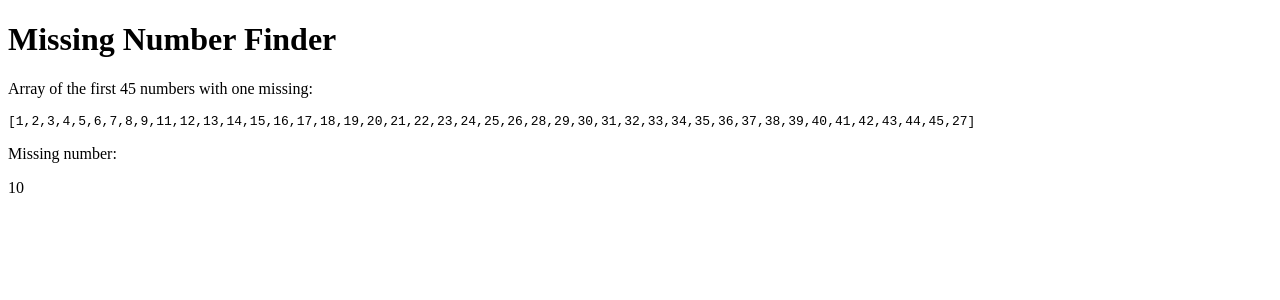
Repository: devblackie/missingNumberFinder
Page: index.html
These files come from the project's save history. The page is drawn as it stood at one moment and after the next save; the edit follows.
The browser window is 1280 px wide. The pictures show the whole page.

Above is the page before, as saved 2023-08-23 14:57:51.

### index.html
<!DOCTYPE html>
<html lang="en">
  <head>
    <meta charset="UTF-8" />
    <meta name="viewport" content="width=device-width, initial-scale=1.0" />
    <title>Missing Integer Finder</title>
  </head>
  <body>
    <h1>Missing Number Finder</h1>

    <p>Array of the first 45 numbers with one missing:</p>
    <pre id="numbers"></pre>

    <p>Missing number:</p>
    <p id="missingNumber"></p>
    <script src="index.js"></script>
  </body>
</html>

### index.js
function findMissingNumber(arr) {
    const n = 45; // Total number of integers
    const totalSum = (n * (n + 1)) / 2; // Sum of the first n integers
    const arraySum = arr.reduce((acc, num) => acc + num, 0); // Sum of elements in the array

    return totalSum - arraySum;
  }

  const numbers = [
    1, 2, 3, 4, 5, 6, 7, 8, 9,  11, 12, 13, 14, 15, 16, 17, 18, 19, 20, 21, 22,
    23, 24, 25, 26, 28, 29, 30, 31, 32, 33, 34, 35, 36, 37, 38, 39, 40, 41,
    42, 43, 44, 45,27,
  ]; // Array of the first 45 numbers with one missing
  const missingNumber = findMissingNumber(numbers);

  document.getElementById("numbers").textContent = JSON.stringify(numbers);
  document.getElementById("missingNumber").textContent = missingNumber;

  console.log("Missing number:", missingNumber);

After the next save:
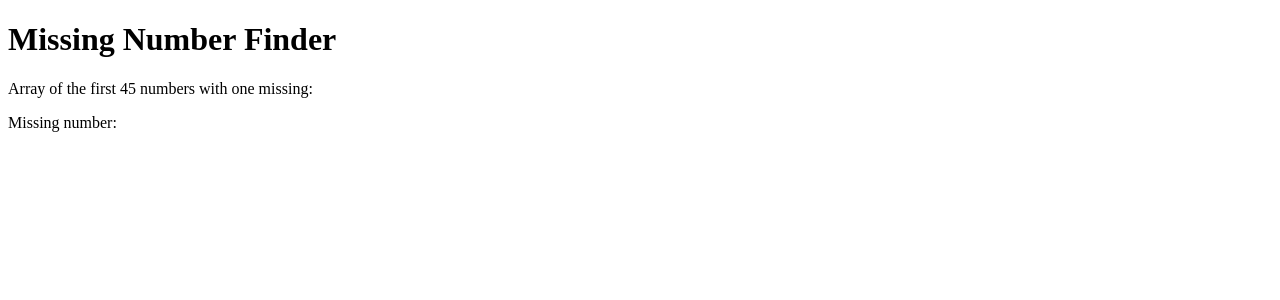
Console error: TypeError: Cannot set properties of null (setting 'textContent')
Saved 23 s later.
--- a/index.html
+++ b/index.html
@@ -9,7 +9,7 @@
     <h1>Missing Number Finder</h1>
 
     <p>Array of the first 45 numbers with one missing:</p>
-    <pre id="numbers"></pre>
+    <!-- <pre id="numbers"></pre> -->
 
     <p>Missing number:</p>
     <p id="missingNumber"></p>

After the 6 saves that followed:
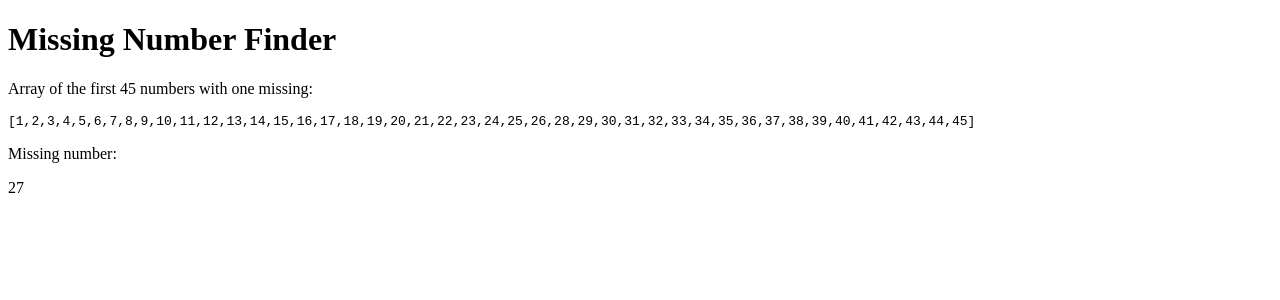
The error is gone.
The 6 saves are shown as one change because 4 left the picture as it was and some came seconds apart.
The last was saved 2 min 42 s later.
--- a/index.html
+++ b/index.html
@@ -9,7 +9,7 @@
     <h1>Missing Number Finder</h1>
 
     <p>Array of the first 45 numbers with one missing:</p>
-    <!-- <pre id="numbers"></pre> -->
+    <pre id="numbers"></pre>
 
     <p>Missing number:</p>
     <p id="missingNumber"></p>
--- a/index.js
+++ b/index.js
@@ -7,9 +7,9 @@ function findMissingNumber(arr) {
   }
 
   const numbers = [
-    1, 2, 3, 4, 5, 6, 7, 8, 9,  11, 12, 13, 14, 15, 16, 17, 18, 19, 20, 21, 22,
+    1, 2, 3, 4, 5, 6, 7, 8, 9, 10, 11, 12, 13, 14, 15, 16, 17, 18, 19, 20, 21, 22,
     23, 24, 25, 26, 28, 29, 30, 31, 32, 33, 34, 35, 36, 37, 38, 39, 40, 41,
-    42, 43, 44, 45,27,
+    42, 43, 44, 45,
   ]; // Array of the first 45 numbers with one missing
   const missingNumber = findMissingNumber(numbers);
 
